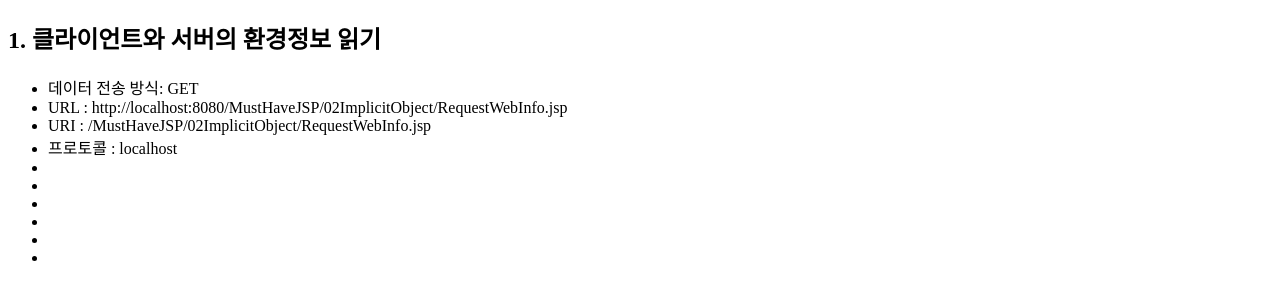
Repository: devgolol/JSP-_Servlet
Page: http://localhost/MustHaveJSP/02ImplicitObject/RequestWebInfo.jsp
These files come from the project's save history. The page is drawn as it stood at one moment and after the next save; the edit follows.
The browser window is 1280 px wide. The pictures show the whole page.
The page is served by Tomcat 10.

Above is the page before, as saved 2025-05-02 06:00:51.

After the next save:
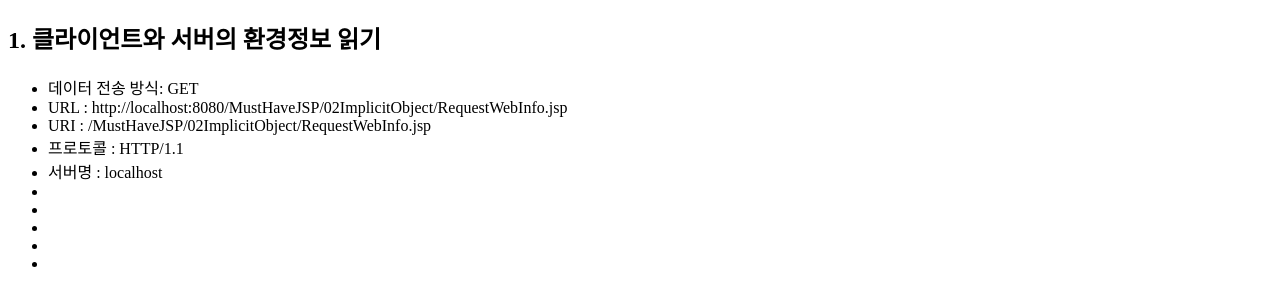
Saved 39 s later.
--- a/MustHaveJSP/src/main/webapp/02ImplicitObject/RequestWebInfo.jsp
+++ b/MustHaveJSP/src/main/webapp/02ImplicitObject/RequestWebInfo.jsp
@@ -12,8 +12,8 @@
 		<li>데이터 전송 방식: <%=request.getMethod() %></li>
 		<li>URL : <%= request.getRequestURL() %></li>
 		<li>URI : <%= request.getRequestURI() %></li>
-		<li>프로토콜 : <%=request.getServerName() %></li>
-		<li></li>
+		<li>프로토콜 : <%=request.getProtocol() %></li>
+		<li>서버명 : <%= request.getServerName() %></li>
 		<li></li>
 		<li></li>
 		<li></li>
